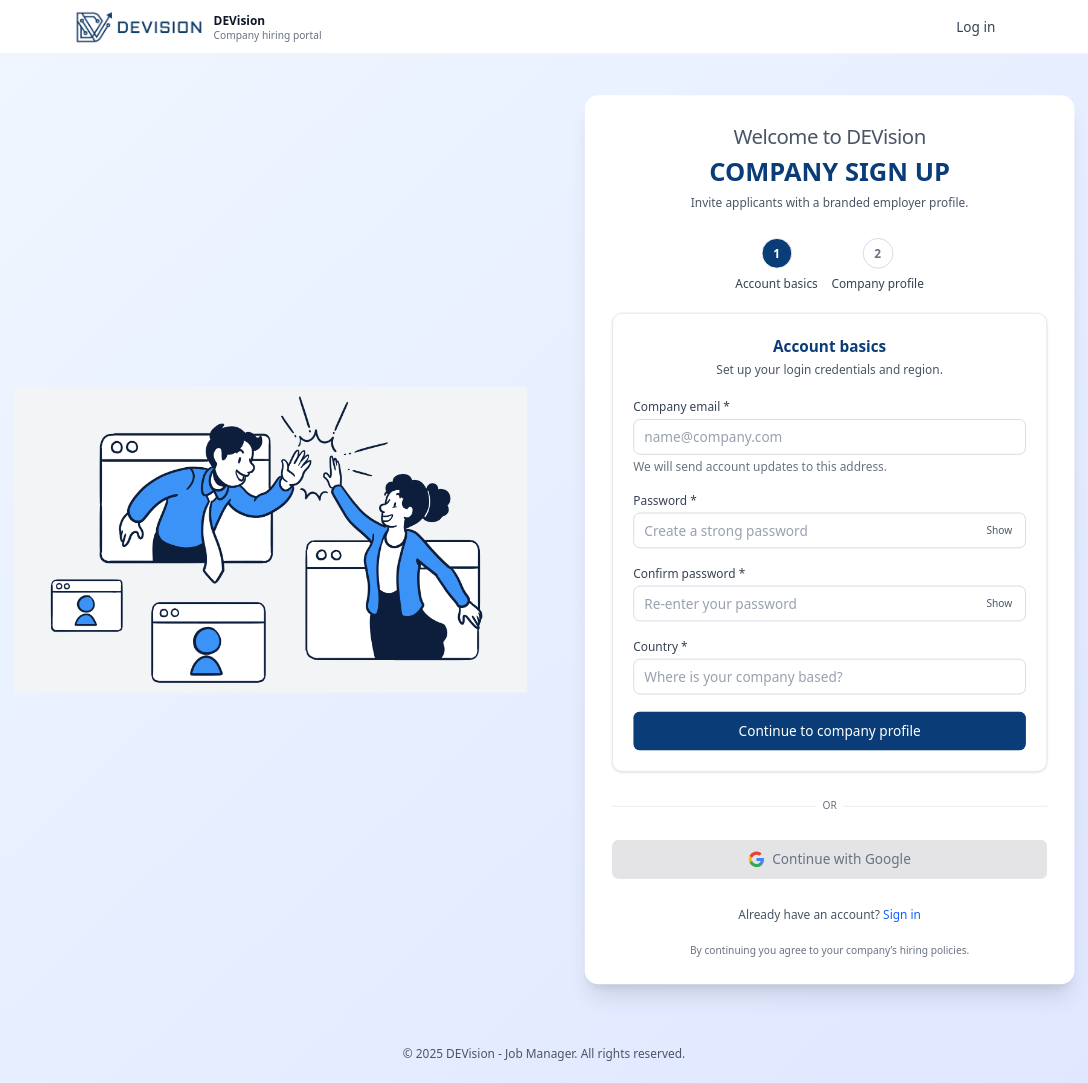
Repository: ISYS3461-2025C-Mulan-DEVision/JobManager_FE
Page: /register
These files come from the project's save history. The page is drawn as it stood at one moment and after the next save; the edit follows.
The browser window is 1280 px wide. The pictures show the whole page, at 85% of full size.
The page's requests for data from a server got no answer. The project was rebuilt for these pictures with package versions that can differ from the ones it lists, and the page was loaded fresh each time. No one was signed in, and anything a server would have sent is missing. Also part of the build but not shown: vite.config.js, src/components/ui/Card/Card.tsx, src/components/ui/Spinner/Spinner.tsx, src/components/ui/Alert/Alert.tsx, src/pages/Home.tsx, src/components/headless/Table/Table.tsx, src/components/headless/Modal/Modal.tsx, src/components/feature/Authentication/CompanyLogin/CompanyLoginForm.tsx and 4 more.

Above is the page before, as saved 2025-12-12 16:44:51.

After the next save:
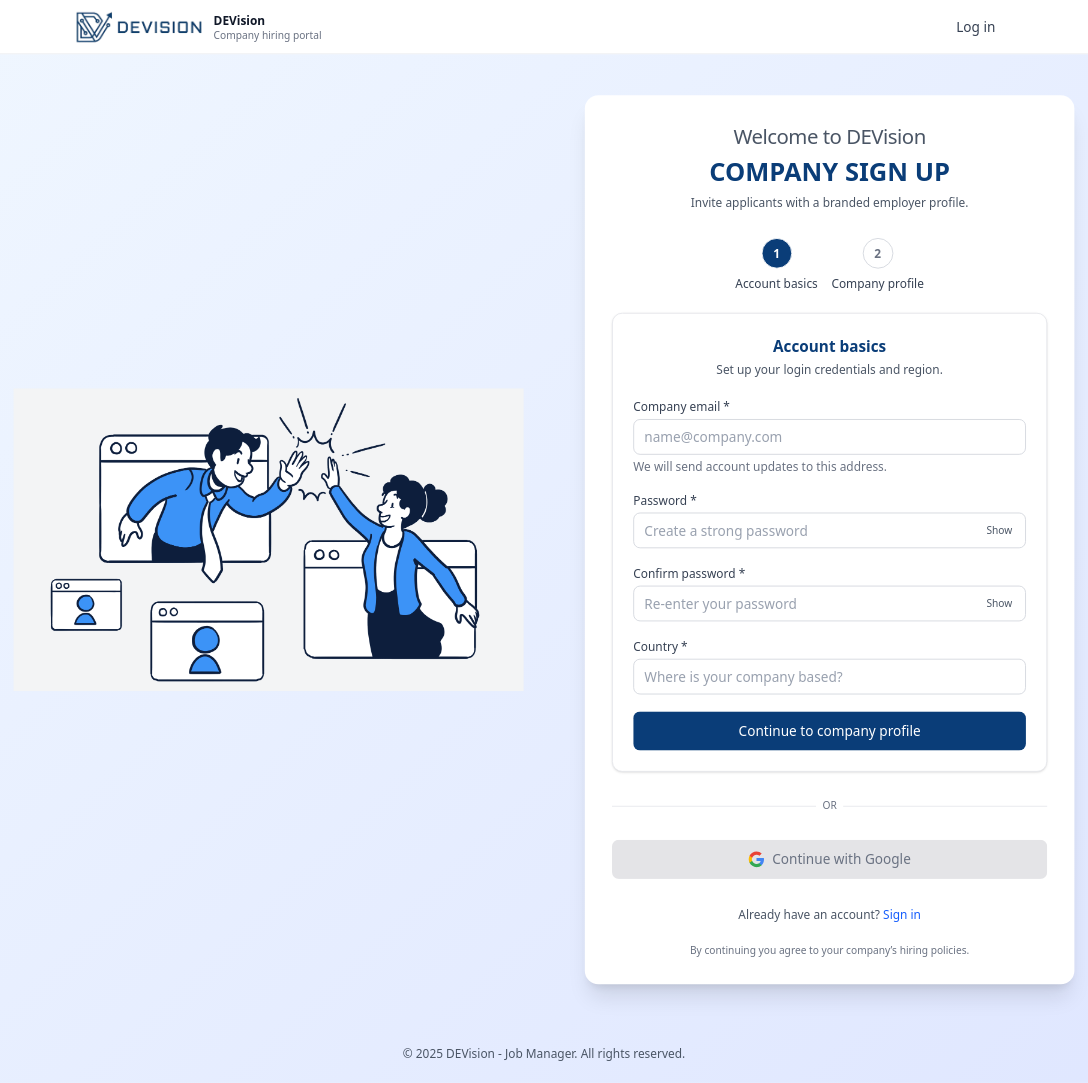
Saved 8 s later.
--- a/src/layout/AuthLayout.tsx
+++ b/src/layout/AuthLayout.tsx
@@ -13,10 +13,8 @@ const AuthLayout = ({ children, sideContent }: AuthLayoutProps) => {
         <div className="min-h-[calc(100vh-4rem)] flex flex-col bg-gradient-to-br from-blue-50 to-indigo-100">
             <main
                 className={clsx(
-                    'flex-1 flex px-4 py-12',
-                    showSplitLayout
-                        ? 'flex-col gap-10 md:flex-row md:items-center md:justify-between'
-                        : 'items-center justify-center'
+                    'flex-1 flex px-4 py-12 items-center justify-center',
+                    showSplitLayout && 'md:justify-between md:gap-12'
                 )}
             >
                 {showSplitLayout && (
